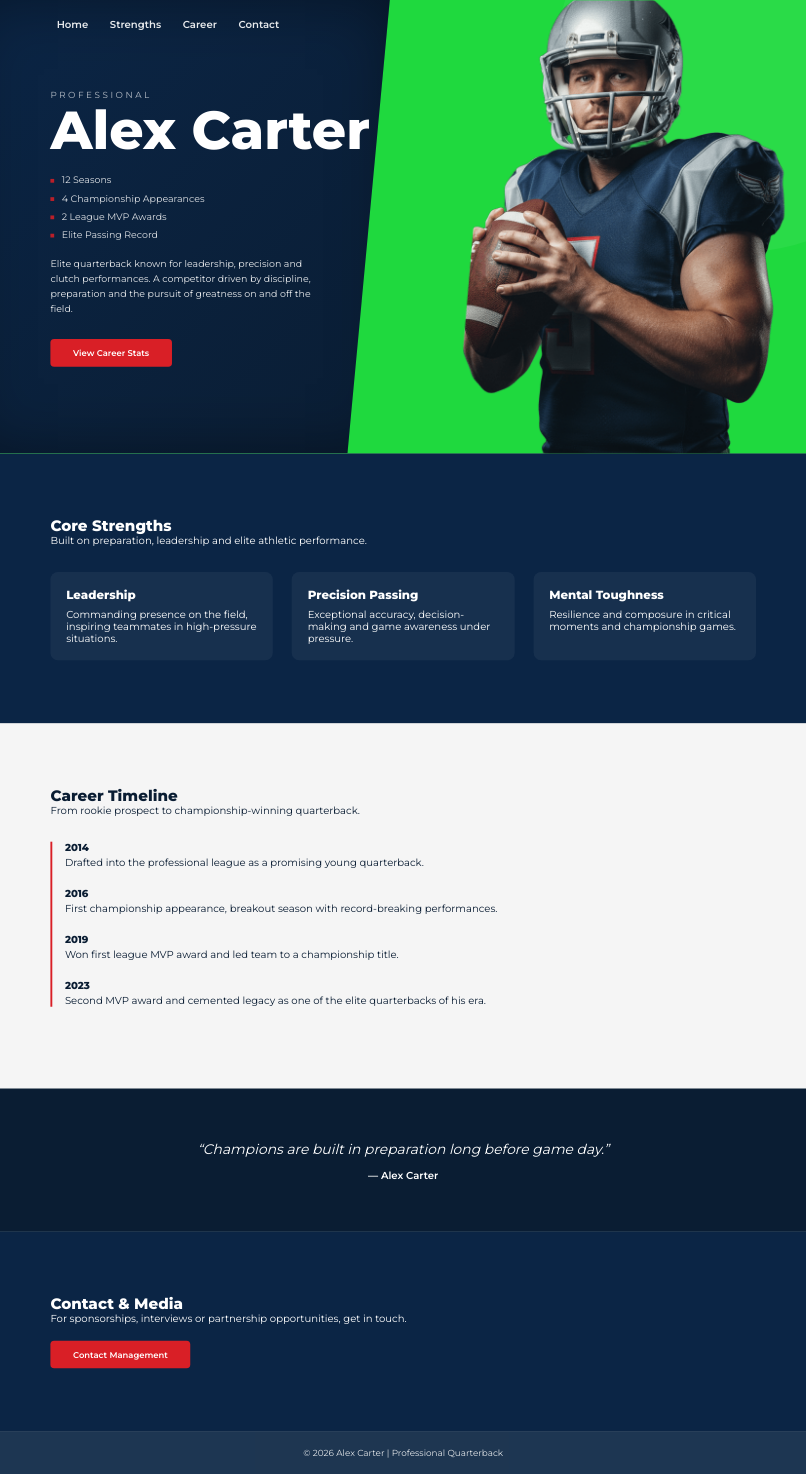
Repository: davidfsillva/Alex-Carter
Page: index.html
These files come from the project's save history. The page is drawn as it stood at one moment and after the next save; the edit follows.
The browser window is 1280 px wide. The pictures show the whole page, at 63% of full size.

Above is the page before, as saved 2026-02-11 09:04:41.

### index.html
<!DOCTYPE html>
<html lang="en">
<head>
  <meta charset="UTF-8" />
  <meta name="viewport" content="width=device-width, initial-scale=1.0"/>
  <title>Alex Carter | Professional Quarterback</title>
  <link rel="stylesheet" href="style.css" />
  <link rel="preconnect" href="https://fonts.googleapis.com">
  <link rel="preconnect" href="https://fonts.gstatic.com" crossorigin>
  <link href="https://fonts.googleapis.com/css2?family=Montserrat:wght@400;600;800&display=swap" rel="stylesheet">
</head>
<body>

<!-- NAVBAR -->
<header class="navbar">
  <nav>
    <a href="#">Home</a>
    <a href="#skills">Strengths</a>
    <a href="#career">Career</a>
    <a href="#contact">Contact</a>
  </nav>
</header>

<!-- HERO -->
<section class="hero">
  <div class="hero-left">
    <span class="tag">PROFESSIONAL</span>
    <h1>Alex Carter</h1>

    <ul class="stats">
      <li>12 Seasons</li>
      <li>4 Championship Appearances</li>
      <li>2 League MVP Awards</li>
      <li>Elite Passing Record</li>
    </ul>

    <p class="description">
      Elite quarterback known for leadership, precision and clutch performances.
      A competitor driven by discipline, preparation and the pursuit of greatness
      on and off the field.
    </p>

    <button class="cta" onclick="window.location.href='Alex_Carter_Stats.pdf'">
      View Career Stats
    </button>

  </div>

  <div class="hero-right">
    <img src="img/spbw.png" alt="Alex Carter Quarterback">
  </div>
</section>

<!-- STRENGTHS SECTION -->
<section id="skills" class="section dark">
  <div class="container">
    <h2>Core Strengths</h2>
    <p>Built on preparation, leadership and elite athletic performance.</p>

    <div class="grid">
      <div class="card">
        <h3>Leadership</h3>
        <p>Commanding presence on the field, inspiring teammates in high-pressure situations.</p>
      </div>

      <div class="card">
        <h3>Precision Passing</h3>
        <p>Exceptional accuracy, decision-making and game awareness under pressure.</p>
      </div>

      <div class="card">
        <h3>Mental Toughness</h3>
        <p>Resilience and composure in critical moments and championship games.</p>
      </div>
    </div>
  </div>
</section>

<!-- CAREER SECTION -->
<section id="career" class="section light">
  <div class="container">
    <h2>Career Timeline</h2>

    <p>From rookie prospect to championship-winning quarterback.</p>

    <div class="timeline">
      <div class="timeline-item">
        <h4>2014</h4>
        <p>Drafted into the professional league as a promising young quarterback.</p>
      </div>

      <div class="timeline-item">
        <h4>2016</h4>
        <p>First championship appearance, breakout season with record-breaking performances.</p>
      </div>

      <div class="timeline-item">
        <h4>2019</h4>
        <p>Won first league MVP award and led team to a championship title.</p>
      </div>

      <div class="timeline-item">
        <h4>2023</h4>
        <p>Second MVP award and cemented legacy as one of the elite quarterbacks of his era.</p>
      </div>
    </div>
  </div>
</section>

<!-- QUOTE SECTION -->
<section class="quote">
  <div class="container">
    <blockquote>
      “Champions are built in preparation long before game day.”
    </blockquote>
    <span>— Alex Carter</span>
  </div>
</section>

<!-- CONTACT SECTION -->
<section id="contact" class="section dark">
  <div class="container">
    <h2>Contact & Media</h2>
    <p>For sponsorships, interviews or partnership opportunities, get in touch.</p>
    <button class="cta" onclick="window.location.href='mailto:alexcarter@agency.com'">
      Contact Management
    </button>
  </div>
</section>

<!-- FOOTER -->
<footer class="footer">
  <p>© 2026 Alex Carter | Professional Quarterback</p>
</footer>

<script src="scripts.js"></script>
</body>
</html>

### style.css
/* =====================
   RESET E FONTES
===================== */
* {
  margin: 0;
  padding: 0;
  box-sizing: border-box;
  font-family: 'Montserrat', sans-serif;
}

body {
  background: #6b7c86;
  color: #fff;
}

/* =====================
   NAVBAR
===================== */
.navbar {
  position: absolute;
  top: 0;
  width: 100%;
  padding: 30px 60px;
  display: flex;
  justify-content: space-between;
  align-items: center;
  z-index: 10;
}

.navbar .logo {
  color: #fff;
  font-weight: 800;
  font-size: 22px;
  letter-spacing: 2px;
}

.navbar nav a {
  color: #fff;
  text-decoration: none;
  margin-left: 30px;
  font-weight: 600;
  opacity: 0.9;
  transition: 0.3s ease;
}

.navbar nav a:hover {
  opacity: 1;
  color: #d91f26;
}

/* =====================
   HERO SECTION
===================== */
.hero {
  background: #1fd93e;
  display: flex;
  height: 100vh;
  overflow: hidden;
}

/* HERO LEFT */
.hero-left {
  width: 80%;
  background: linear-gradient(135deg, #0b2545, #0a1d33);
  padding: 140px 80px;
  color: #fff;
  position: relative;
  box-shadow: inset -50px 0 100px rgba(0,0,0,0.4);

  clip-path: polygon(0 0, 92% 0, 82% 100%, 0% 100%);
}


.hero-left .tag {
  letter-spacing: 4px;
  font-size: 14px;
  opacity: 0.7;
}

.hero-left h1 {
  font-size: 85px;
  font-weight: 800;
  margin: 10px 0 30px;
  line-height: 0.9;
}

.stats {
  list-style: none;
  margin-bottom: 25px;
}

.stats li {
  margin-bottom: 10px;
  font-size: 15px;
  opacity: 0.85;
  position: relative;
  padding-left: 18px;
}

.stats li::before {
  content: "";
  width: 6px;
  height: 6px;
  background: #d91f26;
  position: absolute;
  left: 0;
  top: 8px;
}

.description {
  max-width: 420px;
  font-size: 15px;
  margin-bottom: 35px;
  opacity: 0.9;
  line-height: 1.6;
}

.cta {
  background: #d91f26;
  border: none;
  padding: 14px 36px;
  color: #fff;
  font-weight: 600;
  cursor: pointer;
  transition: all 0.3s ease;
  border-radius: 6px;
}

.cta:hover {
  transform: translateY(-4px);
  box-shadow: 0 10px 25px rgba(217, 31, 38, 0.4);
}

/* Scroll Indicator */
.scroll {
  position: absolute;
  bottom: 40px;
  font-size: 12px;
  letter-spacing: 3px;
  opacity: 0.6;
}

/* HERO RIGHT */
.hero-right {
  width: 80%;
  height: 100vh;
  display: flex;
  align-items: flex-end;
  justify-content: center;
  position: relative;
  overflow: hidden;

  clip-path: polygon(18% 0%, 100% 0%, 100% 100%, 8% 100%);
}


.hero-right::before {
  content: "";
  position: absolute;
  width: 600px;
  height: 600px;
  background: rgba(255,255,255,0.05);
  border-radius: 50%;
  top: -200px;
  right: -200px;
}

.hero-right img {
  height: 110%;
  width: auto;
  object-fit: contain;
  align-self: flex-end;
  animation: float 5s ease-in-out infinite;
  position: relative;
  z-index: 2;
}

/* Floating animation */
@keyframes float {
  0% { transform: scale(1); }
  50% { transform: scale(1.02); }
  100% { transform: scale(1); }
}

/* =====================
   SECTIONS (GENERIC)
===================== */
.section {
  padding: 100px 80px;
}

.section.dark {
  background: #0b2545;
  color: #fff;
}

.section.light {
  background: #f5f5f5;
  color: #0a1d33;
}

.container {
  max-width: 1200px;
  margin: 0 auto;
}

/* GRID CARDS */
.grid {
  display: grid;
  grid-template-columns: repeat(auto-fit, minmax(250px, 1fr));
  gap: 30px;
  margin-top: 40px;
}

.card {
  background: rgba(255,255,255,0.05);
  padding: 25px;
  border-radius: 12px;
  transition: transform 0.3s ease, box-shadow 0.3s ease;
}

.card:hover {
  transform: translateY(-5px);
  box-shadow: 0 10px 25px rgba(0,0,0,0.2);
}

.card h3 {
  margin-bottom: 10px;
}

/* TIMELINE */
.timeline {
  margin-top: 40px;
  border-left: 3px solid #d91f26;
  padding-left: 20px;
}

.timeline-item {
  margin-bottom: 30px;
}

.timeline-item h4 {
  margin-bottom: 5px;
}

/* QUOTE */
.quote {
  text-align: center;
  padding: 80px 20px;
  background: #0a1d33;
}

.quote blockquote {
  font-size: 22px;
  font-style: italic;
  max-width: 700px;
  margin: 0 auto 15px;
  line-height: 1.5;
}

.quote span {
  display: block;
  font-weight: 600;
  margin-top: 10px;
}

#contact .cta {
  margin-top: 25px; /* aumenta o espaço entre o texto e o botão */
}


/* FOOTER */
.footer {
  text-align: center;
  padding: 25px 0;
  background: #0b2545;
  font-size: 14px;
  opacity: 0.8;
}

/* =====================
   RESPONSIVO MOBILE
===================== */
@media (max-width: 900px) {

  .hero {
    flex-direction: column;
    min-height: auto;
  }

  .hero-left,
  .hero-right {
    width: 100%;
    clip-path: none; /* remove corte diagonal no mobile */
  }

  .hero-left {
    padding: 120px 25px 60px 25px;
    text-align: left;
  }

  .hero-left h1 {
    font-size: 52px;
    line-height: 1.1;
  }

  .stats li {
    font-size: 14px;
  }

  .description {
    max-width: 100%;
    font-size: 14px;
  }

  .cta {
    width: 100%;
    padding: 16px;
  }

  .hero-right {
    justify-content: center;
    align-items: center;
    padding-bottom: 40px;
  }

  .hero-right img {
    width: 85%;
    height: auto;
    max-height: 500px;
    margin: 0 auto;
  }

  .section {
    padding: 70px 25px;
  }

  .grid {
    grid-template-columns: 1fr;
  }

  .timeline {
    padding-left: 15px;
  }

  .quote blockquote {
    font-size: 18px;
  }

  .navbar {
    padding: 20px 25px;
  }

  .navbar nav a {
    margin-left: 15px;
    font-size: 14px;
  }
}

### scripts.js
// =============================
// ANIMAÇÃO DE ENTRADA HERO LEFT
// =============================
window.addEventListener("load", () => {
  const heroLeft = document.querySelector(".hero-left");

  // Estado inicial antes da animação
  heroLeft.style.opacity = 0;
  heroLeft.style.transform = "translateX(-40px)";

  // Adiciona animação após pequeno delay
  setTimeout(() => {
    heroLeft.style.transition = "opacity 0.8s ease, transform 0.8s ease";
    heroLeft.style.opacity = 1;
    heroLeft.style.transform = "translateX(0)";
  }, 300);
});

// =============================
// ANIMAÇÃO OPCIONAL PARA BOTÃO CTA
// =============================
const ctaButton = document.querySelector(".cta");

ctaButton.addEventListener("mouseenter", () => {
  ctaButton.style.transform = "scale(1.05)";
});

ctaButton.addEventListener("mouseleave", () => {
  ctaButton.style.transform = "scale(1)";
});

After the next save:
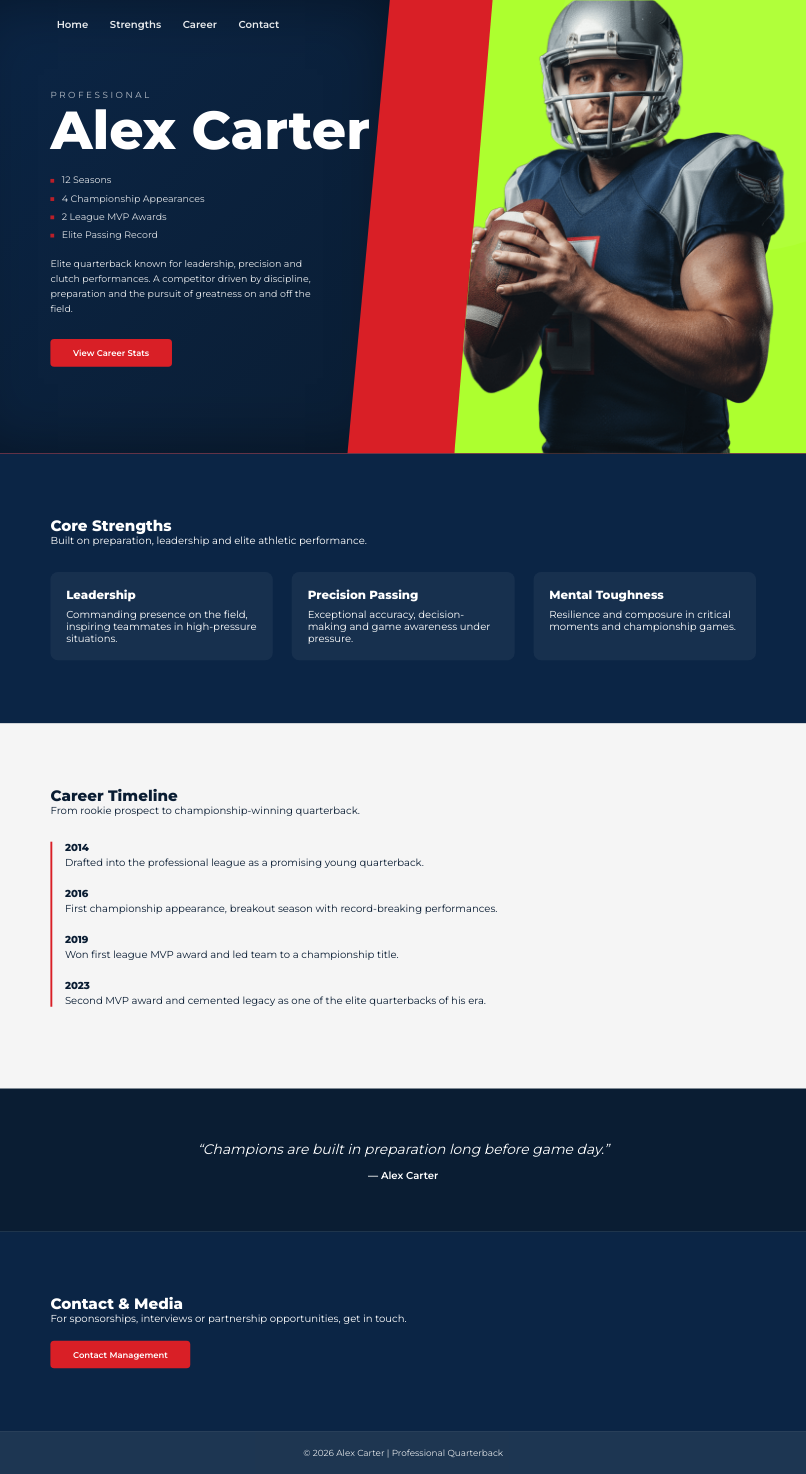
Saved 28 s later.
--- a/style.css
+++ b/style.css
@@ -52,7 +52,7 @@
    HERO SECTION
 ===================== */
 .hero {
-  background: #1fd93e;
+  background: #d91f26;
   display: flex;
   height: 100vh;
   overflow: hidden;
@@ -143,7 +143,7 @@
 /* HERO RIGHT */
 .hero-right {
   width: 80%;
-  height: 100vh;
+  background: greenyellow;
   display: flex;
   align-items: flex-end;
   justify-content: center;
